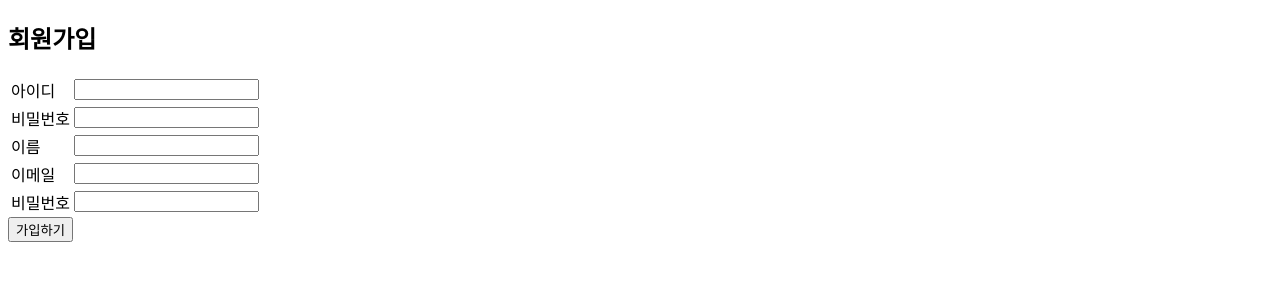
Repository: Idooru/academy_servlet
Page: pro07/WebContent/memberForm.html
These files come from the project's save history. The page is drawn as it stood at one moment and after the next save; the edit follows.
The browser window is 1280 px wide. The pictures show the whole page.

Above is the page before, as saved 2023-09-05 00:52:03.

### pro07/WebContent/memberForm.html
<!DOCTYPE html>
<html>

<head>
	<meta charset="UTF-8">
	<title>Insert title here</title>
</head>

<body>

	<form name="frmMember">
		<h2>회원가입</h2>
		<table>
			<tr>
				<td>아이디</td>
				<td><input type="text" name="id" /></td>
			</tr>
			<tr>
				<td>비밀번호</td>
				<td><input type="password" name="pwd" /></td>
			</tr>
			<tr>
				<td>이름</td>
				<td><input type="text" name="name" /></td>
			</tr>
			<tr>
				<td>이메일</td>
				<td><input type="email" name="email" /></td>
			</tr>
			<tr>
				<td>비밀번호</td>
				<td><input type="password" name="pwd" /></td>
			</tr>
		</table>
		<input type="button" value="가입하기" onclick="fn_sendMember()" />
	</form>

</body>

</html>

After the next save:
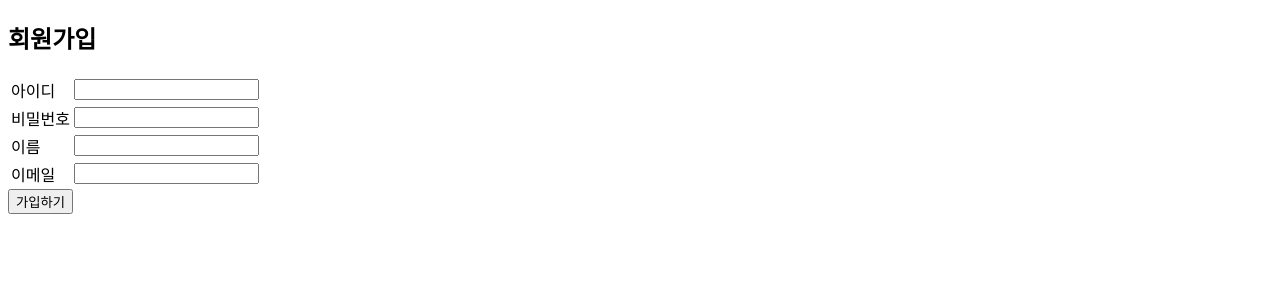
Saved 48 s later.
--- a/pro07/WebContent/memberForm.html
+++ b/pro07/WebContent/memberForm.html
@@ -27,10 +27,6 @@
 				<td>이메일</td>
 				<td><input type="email" name="email" /></td>
 			</tr>
-			<tr>
-				<td>비밀번호</td>
-				<td><input type="password" name="pwd" /></td>
-			</tr>
 		</table>
 		<input type="button" value="가입하기" onclick="fn_sendMember()" />
 	</form>
